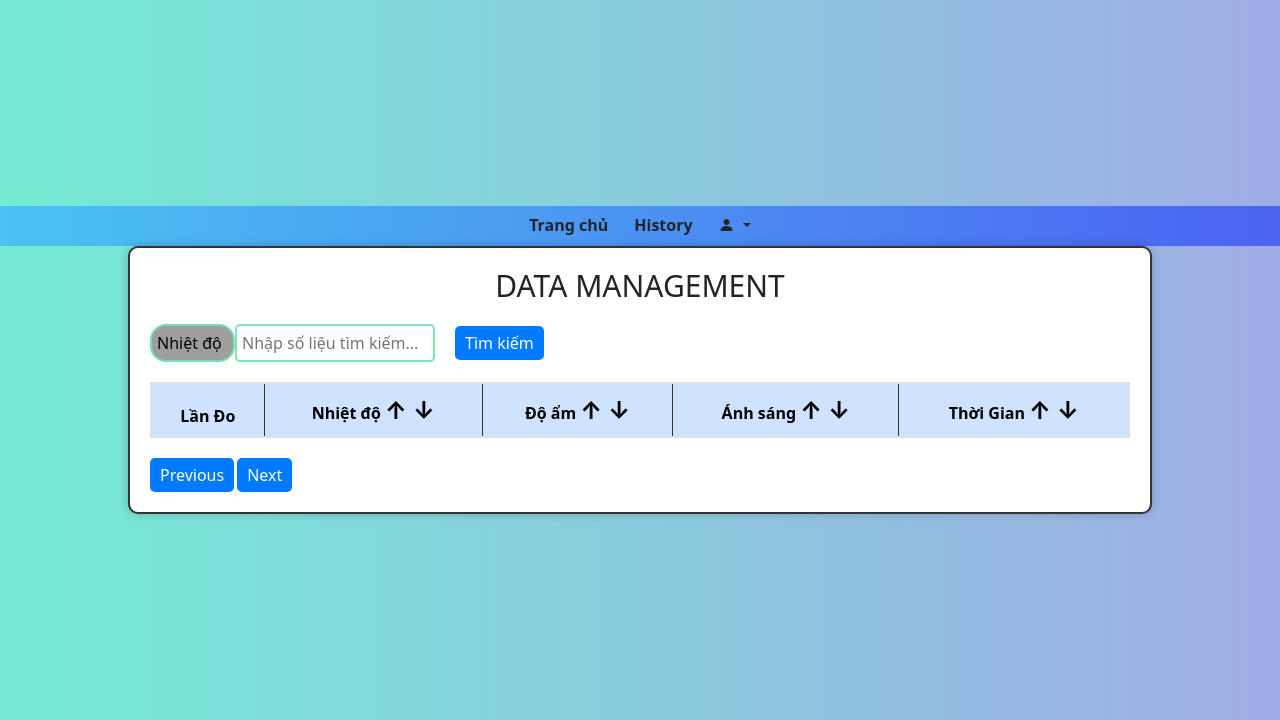
Repository: ndmq03102002/BTL_IOT
Page: Fontend_IOT/iot/data.html
These files come from the project's save history. The page is drawn as it stood at one moment and after the next save; the edit follows.
The browser window is 1280 px wide. The pictures show the whole page.
Pictures or frames that could not be fetched are drawn as grey boxes. The page's requests for data from a server got no answer. Some web libraries are served in a nearby version.

Above is the page before, as saved 2023-11-04 20:11:22.
Console error: TypeError: Cannot read properties of null (reading 'addEventListener')

After the next save:
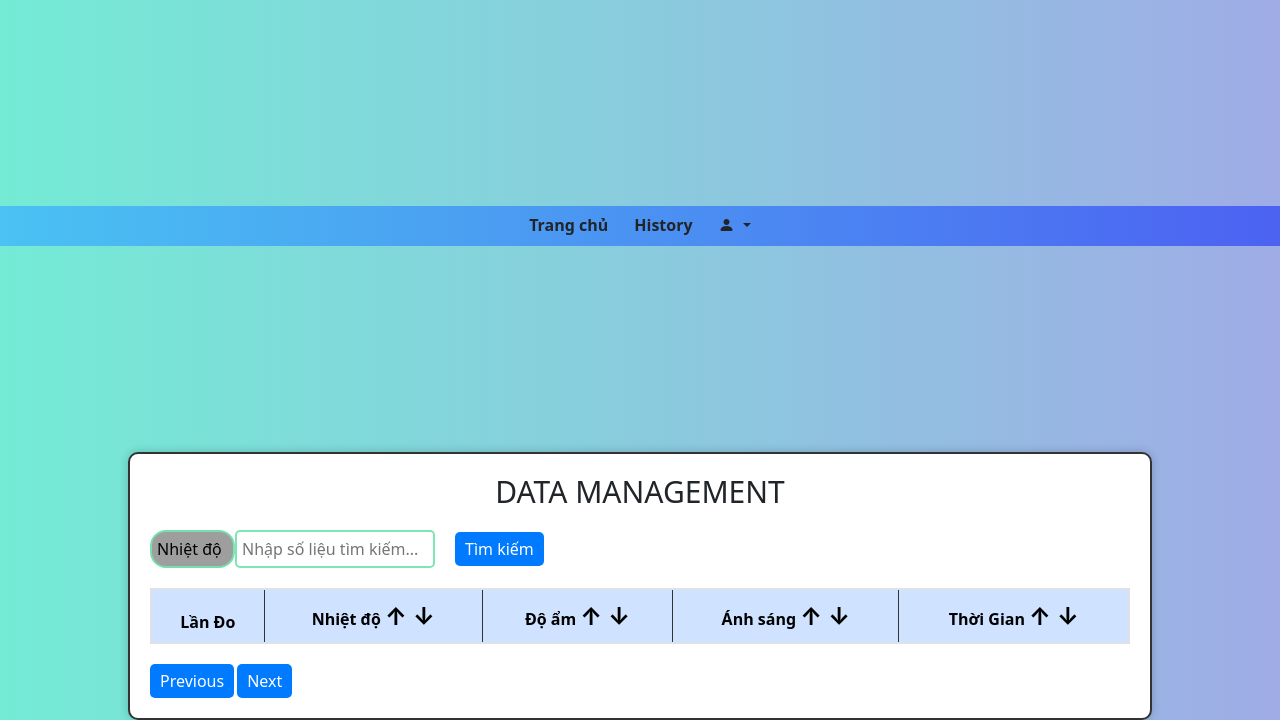
Saved 4 s later.
--- a/Fontend_IOT/iot/data.html
+++ b/Fontend_IOT/iot/data.html
@@ -129,7 +129,7 @@
   </head>
 
   <body>
-    <header style="width: 100%; height: 40px; margin :autopx;background: linear-gradient(to right, #4ac2f2, #4c62f2)">
+    <header style="width: 100%; height: 40px; margin :auto;background: linear-gradient(to right, #4ac2f2, #4c62f2)">
       <div class="col-sm-12 data">
           <a href="index.html" class="btn" style="font-weight: bold;">Trang chủ</a>
           <a href="history.html" class="btn" style="font-weight: bold;">History</a>

After the save that followed:
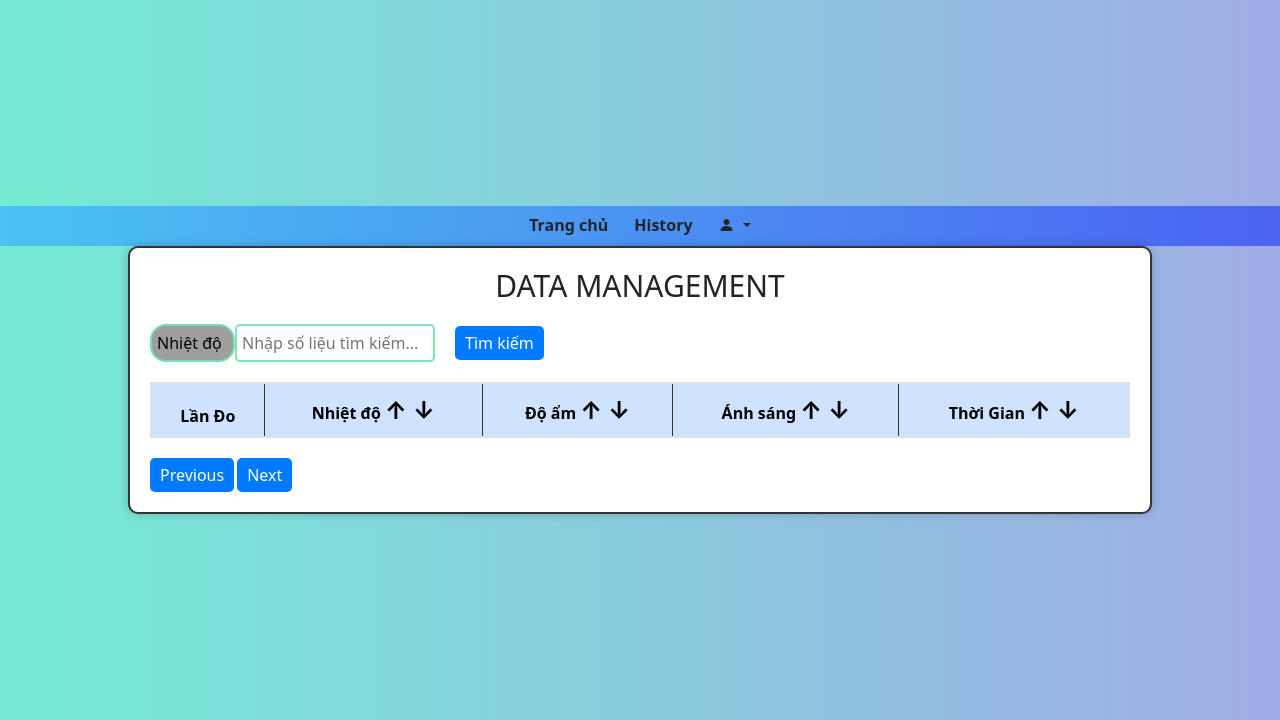
Saved 68 s later.
--- a/Fontend_IOT/iot/data.html
+++ b/Fontend_IOT/iot/data.html
@@ -129,7 +129,7 @@
   </head>
 
   <body>
-    <header style="width: 100%; height: 40px; margin :auto;background: linear-gradient(to right, #4ac2f2, #4c62f2)">
+    <header style="width: 100%; height: 40px;background: linear-gradient(to right, #4ac2f2, #4c62f2)">
       <div class="col-sm-12 data">
           <a href="index.html" class="btn" style="font-weight: bold;">Trang chủ</a>
           <a href="history.html" class="btn" style="font-weight: bold;">History</a>
